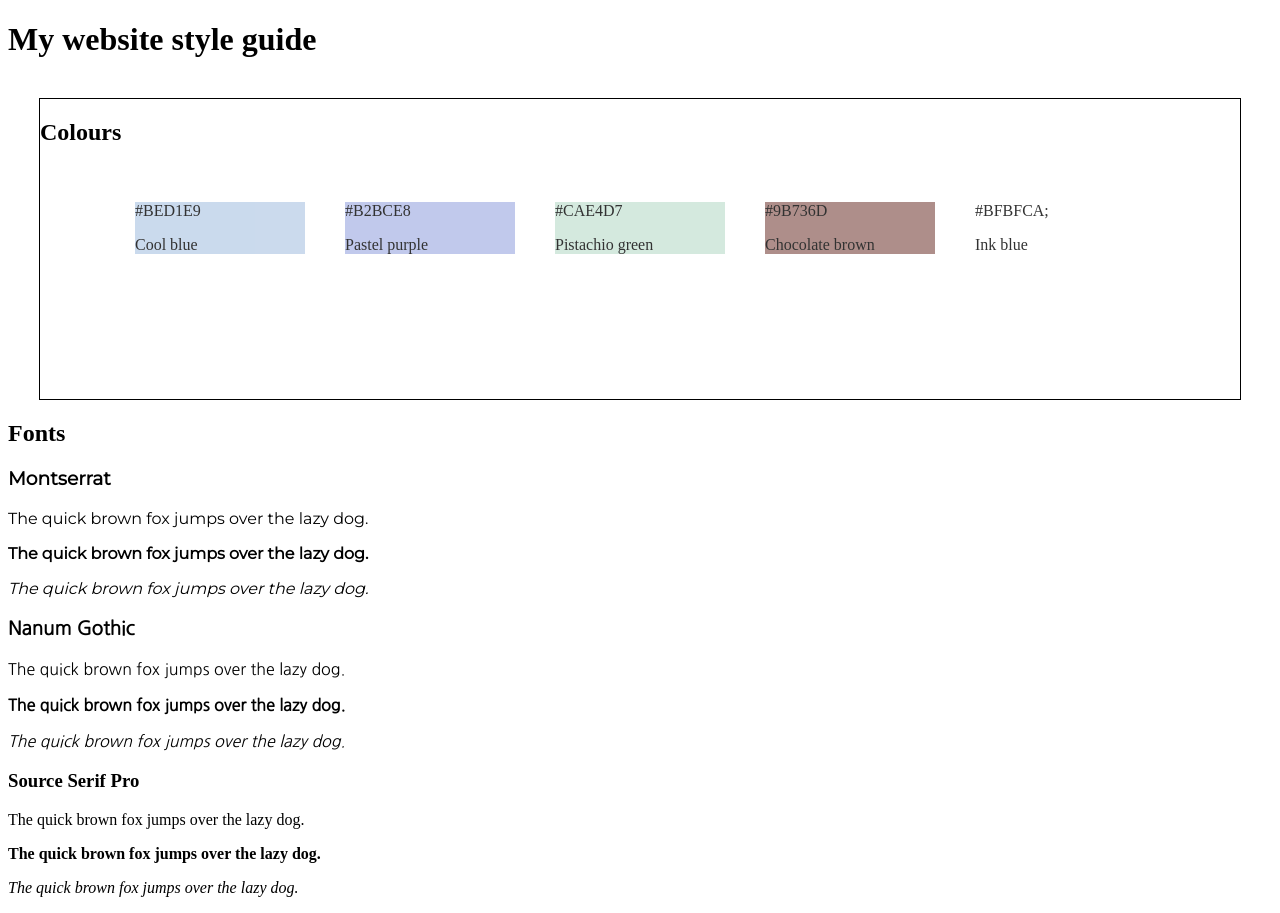
Repository: nazaninrizvi/codecademy
Page: Javascript/website-design-system/index.html
An editor plug-in stored every save of this project. The page is shown before and after a run of saves, followed by the edit.
The browser window is 1280 px wide. The pictures show the whole page.
Some web fonts or font styles are not loaded; a fallback is used.

Above is the page before, as saved 2021-11-26 17:17:10.

### Javascript/website-design-system/index.html
<!DOCTYPE html>
<html>
    <head>
        <title>My website style guide</title>
        <link rel="stylesheet" href="styles.css" type="text/css" />
        <link rel="preconnect" href="https://fonts.googleapis.com">
<link rel="preconnect" href="https://fonts.gstatic.com" crossorigin>
<link href="https://fonts.googleapis.com/css2?family=Montserrat&family=Nanum+Gothic&family=Source+Serif+Pro:ital,wght@1,300&display=swap" rel="stylesheet">
        <body>
        <h1>My website style guide</h1>
        <div id="colors">
            <div class="colors-container">
                <h2>Colours</h2>
                <div class="colcontainer">
                    <div class="cols"><div id="coolblue">
                        <p>#BED1E9</p>
                        <p>Cool blue</p>
                    </div></div>

                    <div class="cols"><div id="pastelPurple">
                        <p>#B2BCE8</p>
                        <p>Pastel purple</p>
                    </div></div>

                    <div class="cols"><div id="pistachio">
                        <p>#CAE4D7</p>
                        <p>Pistachio green</p>
                    </div></div>

                    <div class="cols"><div id="brown">
                        <p>#9B736D</p>
                        <p>Chocolate brown</p>
                    </div></div>

                    <div class="cols"><div id="ink-blue">
                        <p>#BFBFCA;</p>
                        <p>Ink blue</p>
                    </div></div>
                </div>
            </div>
        </div>
        <div id="fonts">
           <h2>Fonts</h2>
           <div class="fontcontainer">
               <div class='font' id='montserrat'>
                   <h3>Montserrat</h3>
                    <p>The quick brown fox jumps over the lazy dog.</p>
                    <p><b>The quick brown fox jumps over the lazy dog.</b></p>
                    <p><i>The quick brown fox jumps over the lazy dog.</i></p>                </i></p>
                </div>

                <div class='font' id="nanum">
                    <h3>Nanum Gothic</h3>
                     <p>The quick brown fox jumps over the lazy dog.</p>
                     <p><b>The quick brown fox jumps over the lazy dog.</b></p>
                     <p><i>The quick brown fox jumps over the lazy dog.</i></p>                </i></p>
                </div>

                <div class='font' id="sourceSerif">
                    <h3>Source Serif Pro</h3>
                     <p>The quick brown fox jumps over the lazy dog.</p>
                     <p><b>The quick brown fox jumps over the lazy dog.</b></p>
                     <p><i>The quick brown fox jumps over the lazy dog.</i></p>                </i></p>
                 </div>
           </div>
        </div>
    </body>
</html>

### Javascript/website-design-system/styles.css


.colors-container{
    height: 300px;
    max-width: 1200px;
    margin: 40px auto auto auto;
    border: 1px solid black;
  }

  .colcontainer{
    max-width: 1050px;
    margin: 15px auto auto auto;
    display: flex;
    justify-content: space-between;
  }

  .cols{
    height: 300px;
    padding: 20px;
    margin-bottom: auto;
    flex-basis: 30%;
    box-sizing: border-box;
    opacity: 0.8;
  }

#coolblue{
    background-color: #bed1e9;
  }

#pastelPurple{
    background-color: #B2BCE8;
}

#pistachio{
    background-color: #CAE4D7;
}

#brown{
    background-color: #9B736D;
}


#montserrat{
  font-family: 'Montserrat', sans-serif;
}

#nanum{
  font-family: 'Nanum Gothic', sans-serif;
}

#sourceSerif{
  font-family: 'Source Serif Pro', serif;
}

After the next 3 saves:
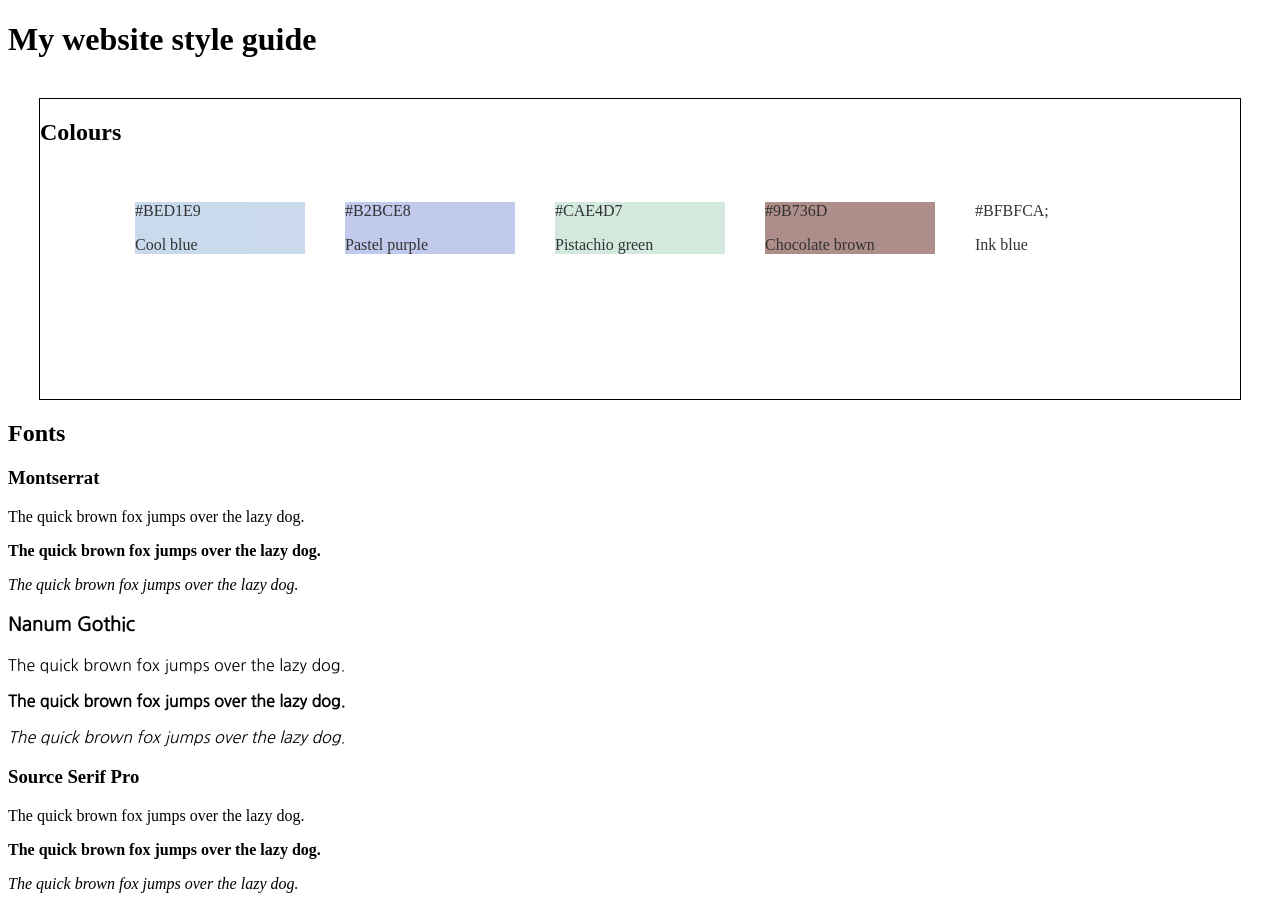
The 3 saves are shown as one change because they came seconds apart.
The last was saved 12 s later.
--- a/Javascript/website-design-system/styles.css
+++ b/Javascript/website-design-system/styles.css
@@ -39,6 +39,7 @@
     background-color: #9B736D;
 }
 
+#inkblue
 
 #montserrat{
   font-family: 'Montserrat', sans-serif;
